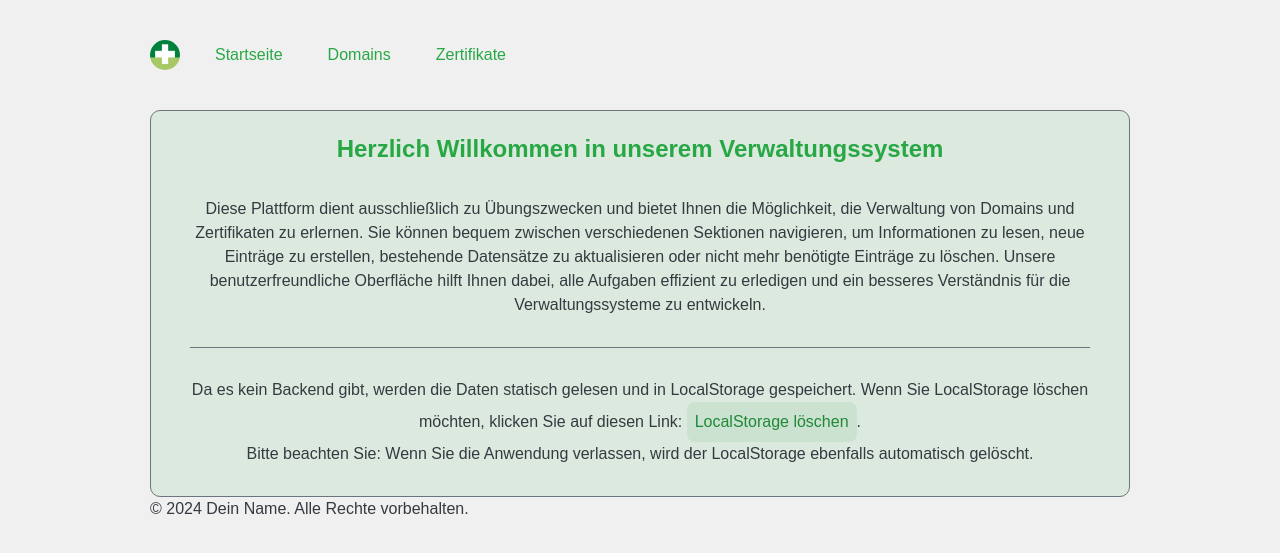
Repository: bajricadmir/verwaltungssystem-vanilla-html-css
Page: index.html
These files come from the project's save history. The page is drawn as it stood at one moment and after the next save; the edit follows.
The browser window is 1280 px wide. The pictures show the whole page.

Above is the page before, as saved 2024-10-14 11:59:05.

After the next save:
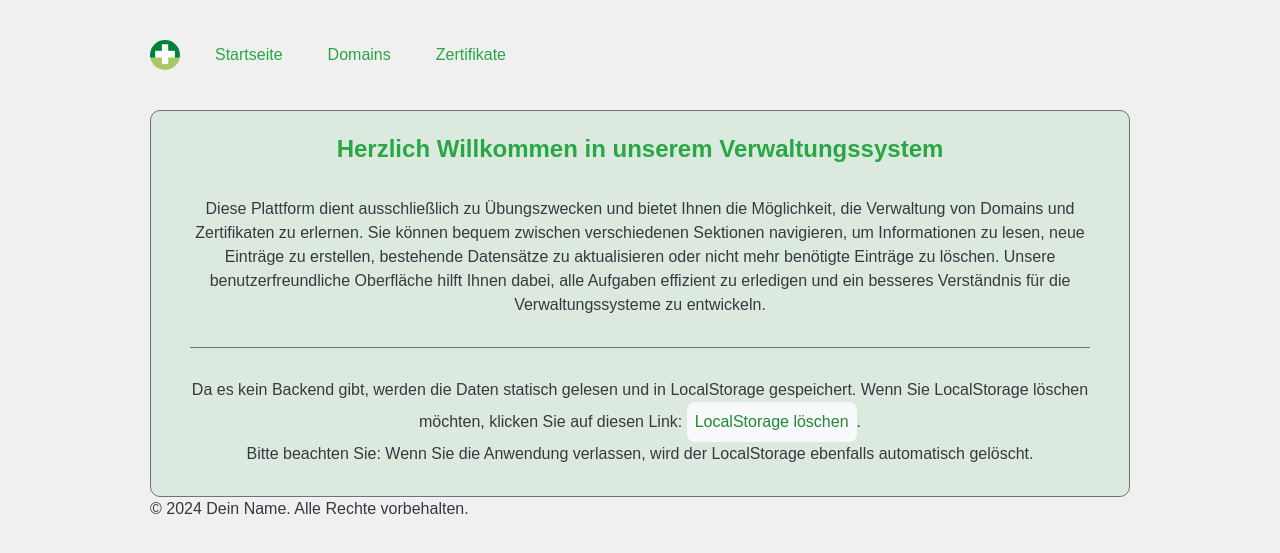
Saved 18 s later.
--- a/style.css
+++ b/style.css
@@ -130,7 +130,7 @@ table {
 
 .btn {
   padding: 8px;
-  background-color: rgba(40, 167, 69, 0.1);
+  background-color: var(--light-color);
   color: var(--success-color-hover);
   border-radius: 8px;
 }
